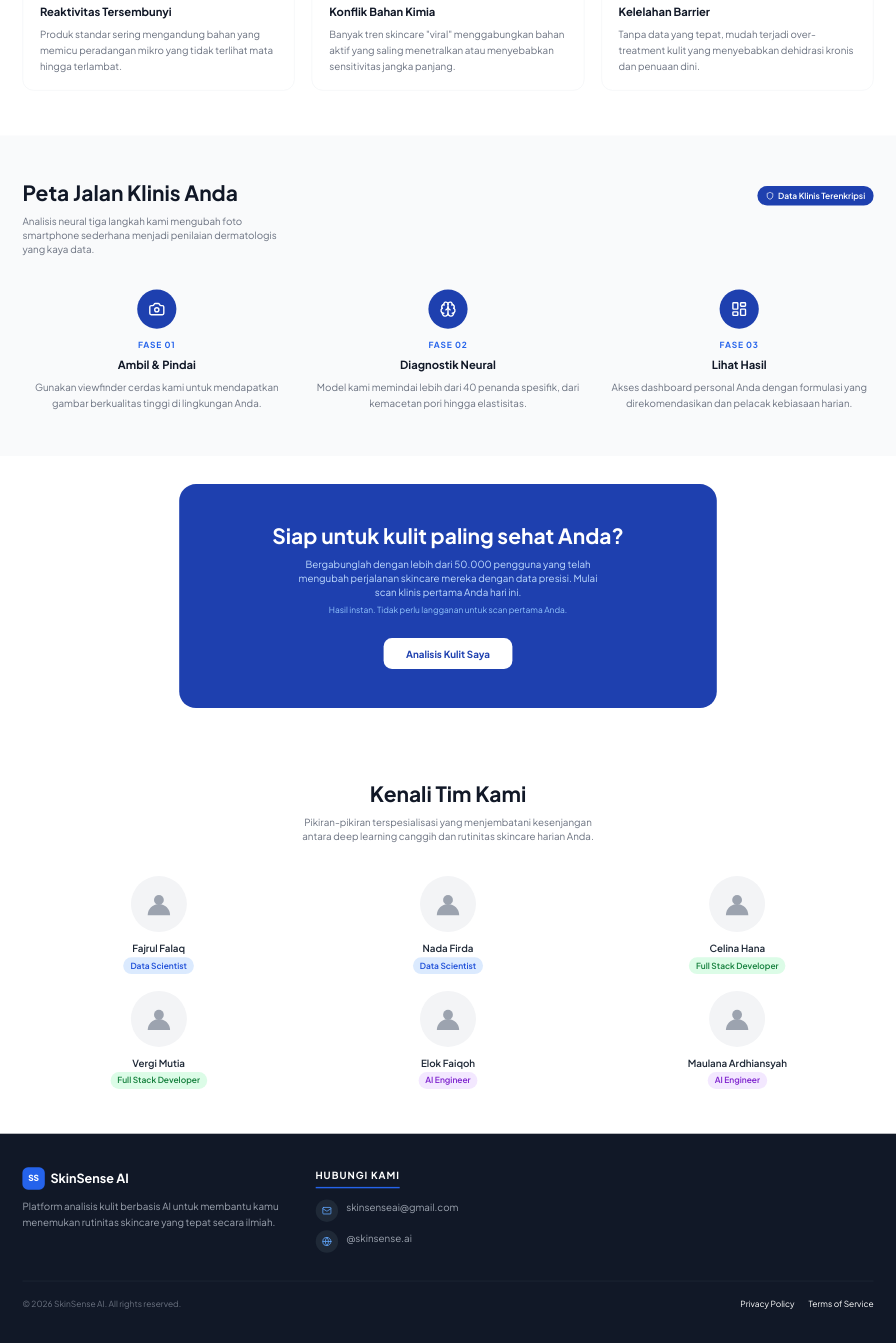
Repository: Celinahanaa/SkinSenseAI
Page: /
An editor plug-in stored every save of this project. The page is shown before and after the next save, followed by the edit.
The browser window is 1280 px wide. The pictures show the part of the page from y = 1431 to 3351 px (the page is 3350 px tall before and 3351 px after), at 70% of full size.
Some web fonts or font styles are not loaded; a fallback is used. The project was rebuilt for these pictures with package versions that can differ from the ones it lists, and the page was loaded fresh each time. Also part of the build but not shown: vite.config.js, src/components/Navbar.jsx, frontend/src/services/api.js, frontend/src/context/AuthContext.jsx, frontend/src/components/ProtectedRoute.jsx, src/pages/Home.jsx, src/pages/Login.jsx, src/pages/Register.jsx and 5 more.

Above is the page before, as saved 2026-05-16 13:29:04.

After the next save:
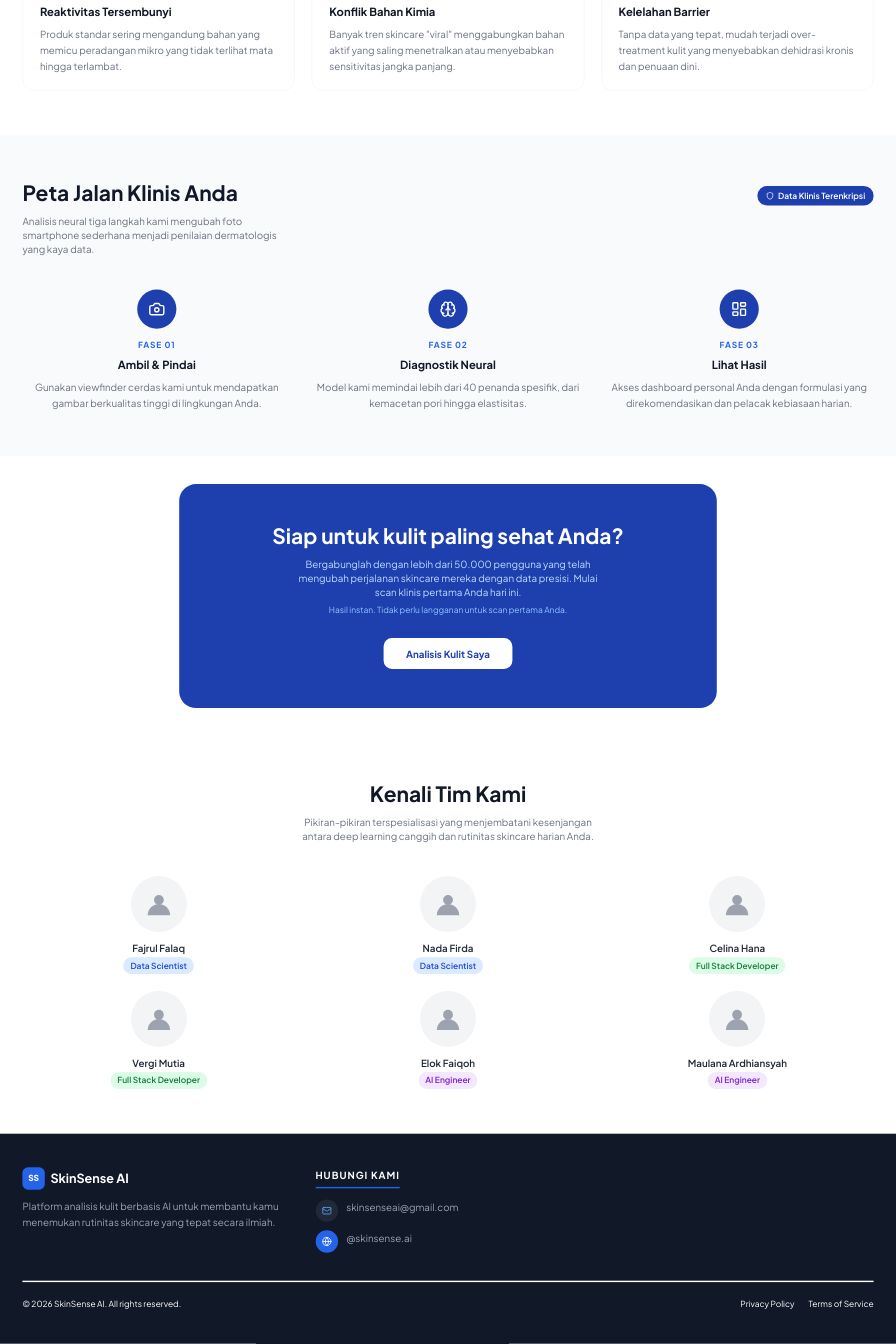
Saved 6 min 42 s later.
--- a/src/components/Footer.jsx
+++ b/src/components/Footer.jsx
@@ -60,8 +60,8 @@ export default function Footer() {
                 <p className="text-gray-400 text-sm leading-relaxed">skinsenseai@gmail.com</p>
               </div>
               <div className="flex items-start gap-3">
-                <div className="w-8 h-8 bg-gray-800 rounded-full flex items-center justify-center flex-shrink-0">
-                  <Globe size={14} className="text-blue-400" />
+                <div className="w-8 h-8 bg-blue-600 rounded-full flex items-center justify-center flex-shrink-0">
+                  <Globe size={14} className="text-white" />
                 </div>
                 <p className="text-gray-400 text-sm leading-relaxed">@skinsense.ai</p>
               </div>
@@ -71,8 +71,8 @@ export default function Footer() {
         </div>
 
         {/* Bottom bar */}
-        <div className="border-t border-gray-800 mt-10 pt-6 flex flex-col sm:flex-row justify-between items-center gap-3">
-          <p className="text-gray-500 text-xs">© 2026 SkinSense AI. All rights reserved.</p>
+        <div className="border-t-2 border-white mt-10 pt-6 flex flex-col sm:flex-row justify-between items-center gap-3">
+          <p className="text-white-500 text-xs">© 2026 SkinSense AI. All rights reserved.</p>
           <div className="flex gap-5 text-xs text-white">
             <span className="hover:text-blue-400 cursor-pointer transition-colors">Privacy Policy</span>
             <span className="hover:text-blue-400 cursor-pointer transition-colors">Terms of Service</span>
